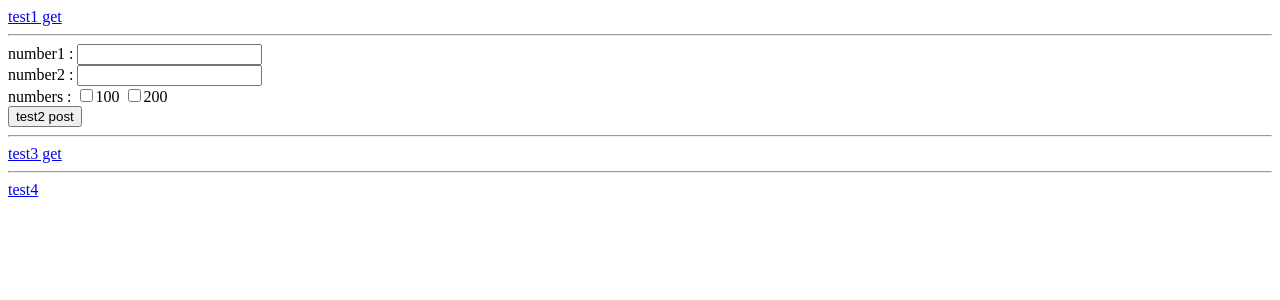
Repository: heojun0827/SpringMvc
Page: http://localhost/GetParameter/WEB-INF/views/index.jsp
An editor plug-in stored every save of this project. The page is shown before and after the next save, followed by the edit.
The browser window is 1280 px wide. The pictures show the whole page.
The page is served by Tomcat 9. Nobody is signed in. The template is opened directly, without the code that normally fills it, so the values that code supplies are empty.

Above is the page before, as saved 2023-06-05 06:45:56.

After the next save:
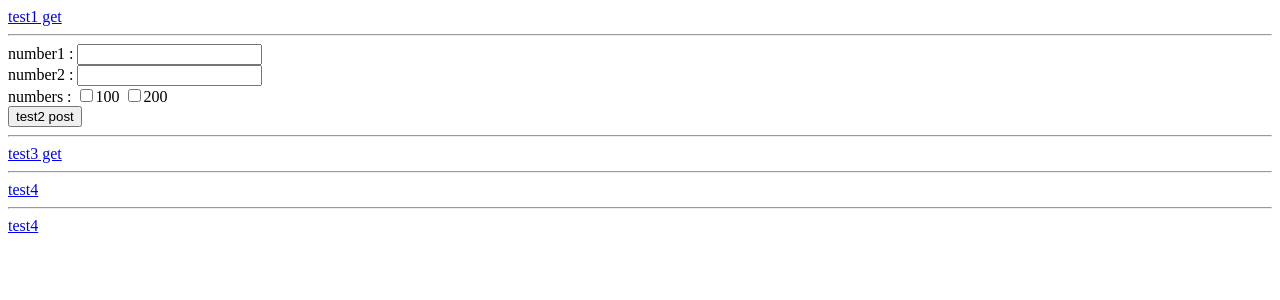
Saved 116 s later.
--- a/GetParameter/WebContent/WEB-INF/views/index.jsp
+++ b/GetParameter/WebContent/WEB-INF/views/index.jsp
@@ -21,5 +21,7 @@
 	<a href='test3?number1=100&number2=200&numbers=300&numbers=400'>test3 get</a>
 	<hr>
 	<a href='test4/111/222/333'>test4</a>
+	<hr>
+	<a href='test4/111/222/333'>test4</a>
 </body>
 </html>
